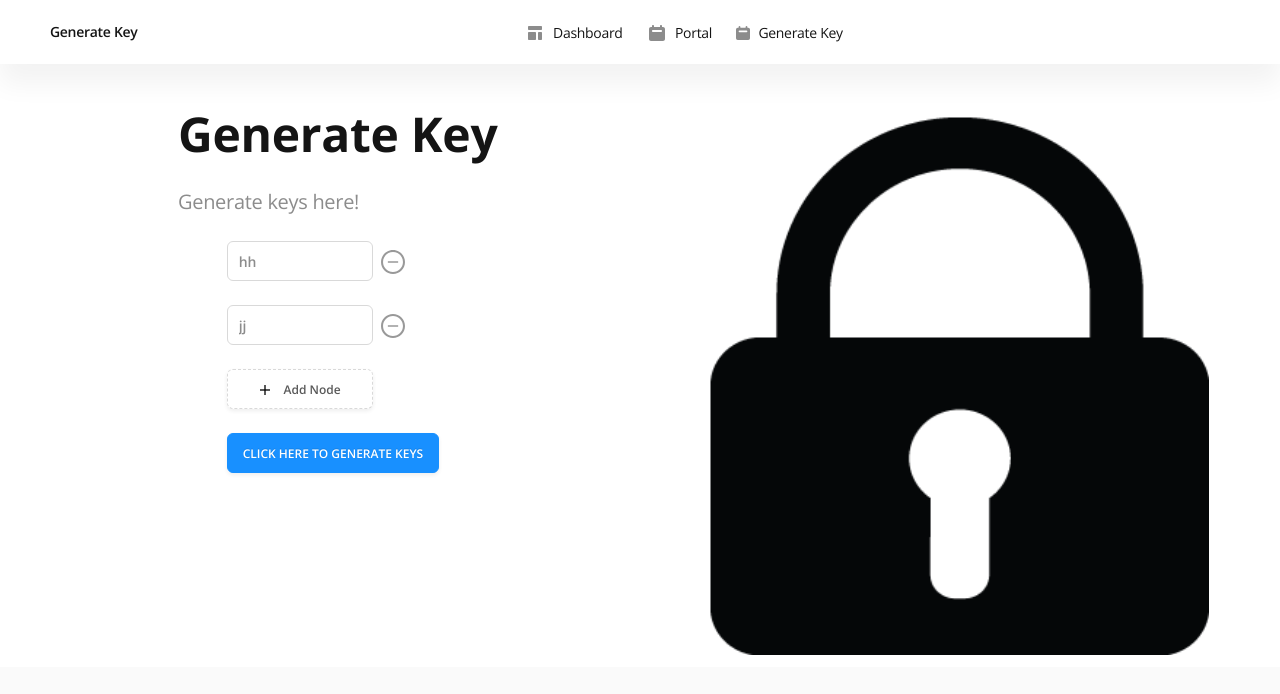
Repository: ahabalikhan/api-analytics-app-fe
Page: /sign-in
The author's editor kept a copy of each file at every save. The page is drawn from the files as they stood at one save, then again after the next save.
The browser window is 1280 px wide. The pictures show the whole page.
The project was rebuilt for these pictures with package versions that can differ from the ones it lists, and the page was loaded fresh each time. Also part of the build but not shown: src/components/chart/configs/eChart.js, src/components/chart/EChart.js, src/components/chart/configs/lineChart.js, src/components/chart/LineChart.js, src/pages/Home.js, src/pages/Profile.js, src/components/layout/Sidenav.js, src/components/layout/Footer.js and 2 more. Imported but missing from the stored project, and not drawn on this page: src/pages/Billing, src/pages/Rtl, src/pages/Tables.

Above is the page before, as saved 2022-07-17 01:15:58.

After the next save:
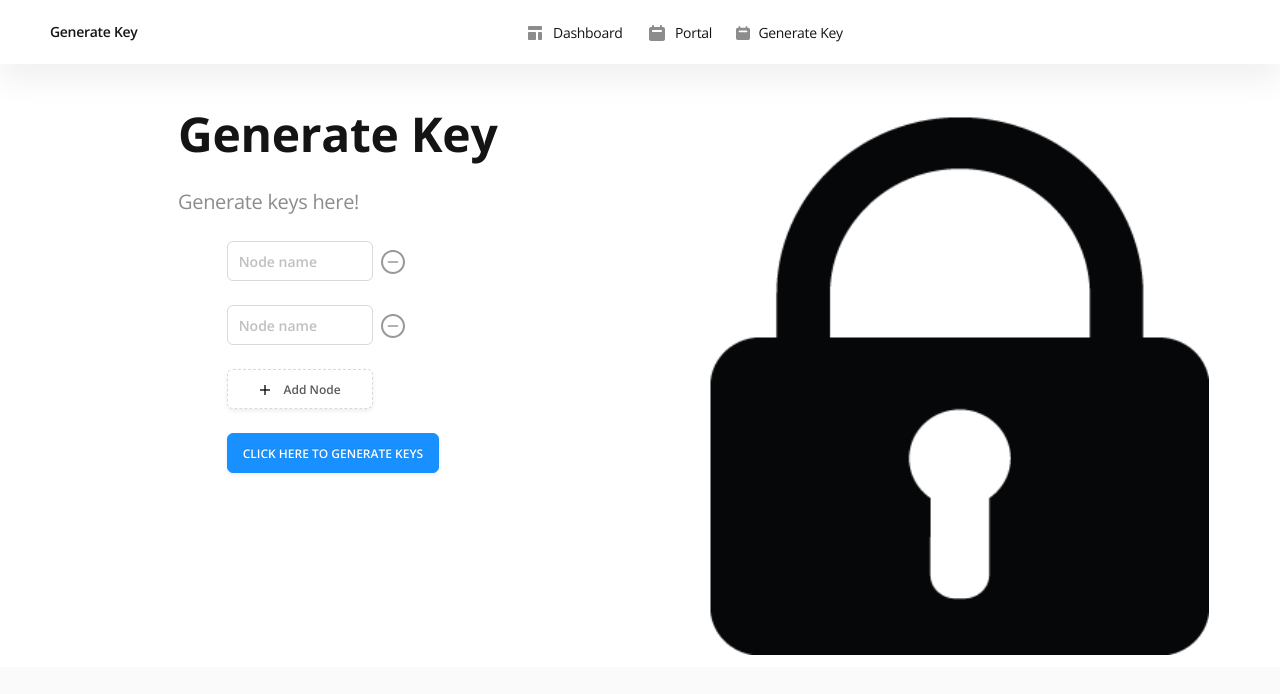
Saved 60 s later.
--- a/src/components/NodesForm.js
+++ b/src/components/NodesForm.js
@@ -38,7 +38,7 @@ const NodesForm = () => {
     };
 
     return (
-        <Form name="dynamic_form_item" {...formItemLayoutWithOutLabel} onFinish={onFinish}  initialValues={{ names: ['hh', 'jj'] }}>
+        <Form name="dynamic_form_item" {...formItemLayoutWithOutLabel} onFinish={onFinish}  initialValues={{ names: ['', ''] }}>
             <Form.List
                 name="names"
                 rules={[
